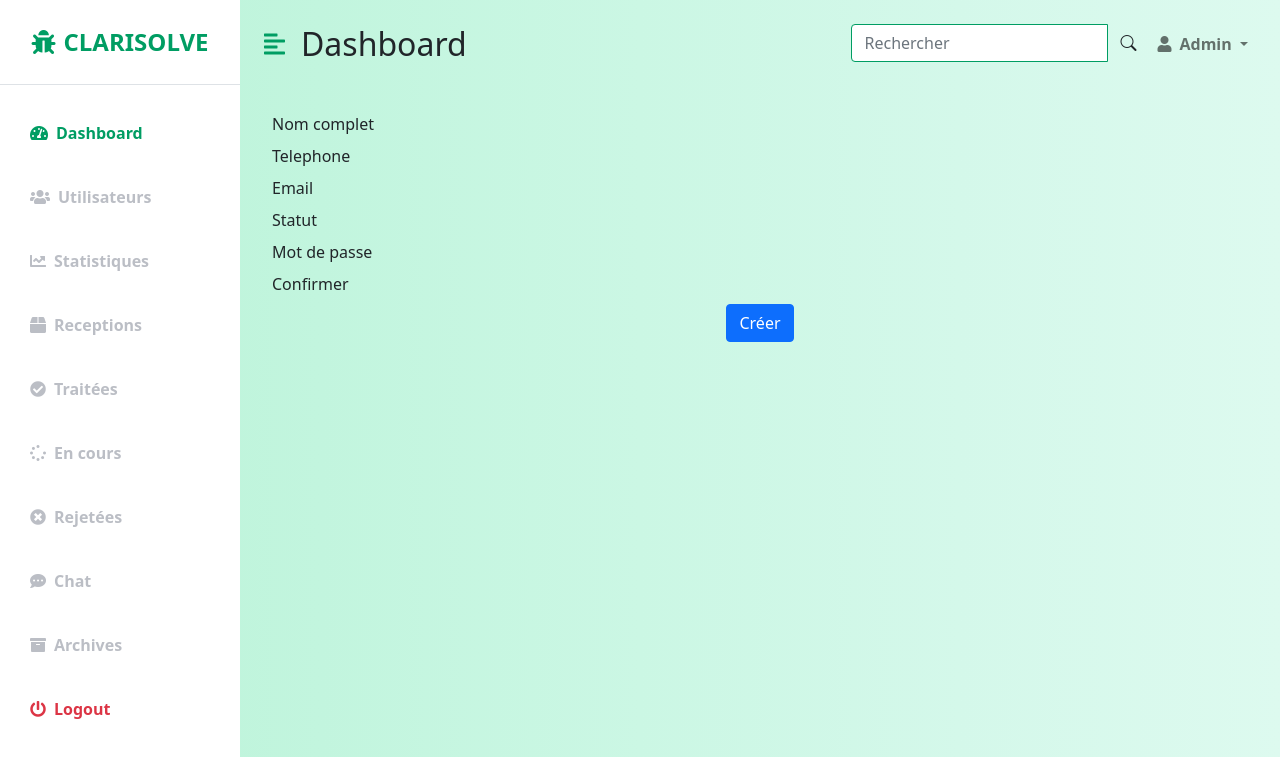
Repository: Senare1/PlaintEasy
Page: accounts/templates/accounts/signup_user.html
An editor plug-in stored every save of this project. The page is shown before and after the next save, followed by the edit.
The browser window is 1280 px wide. The pictures show the whole page.
The template is drawn by Django 4.2. The application's start-up code is not run. The template is opened directly, without the code that normally fills it, so the values that code supplies are empty.

Above is the page before, as saved 2024-07-31 05:29:26.

After the next save:
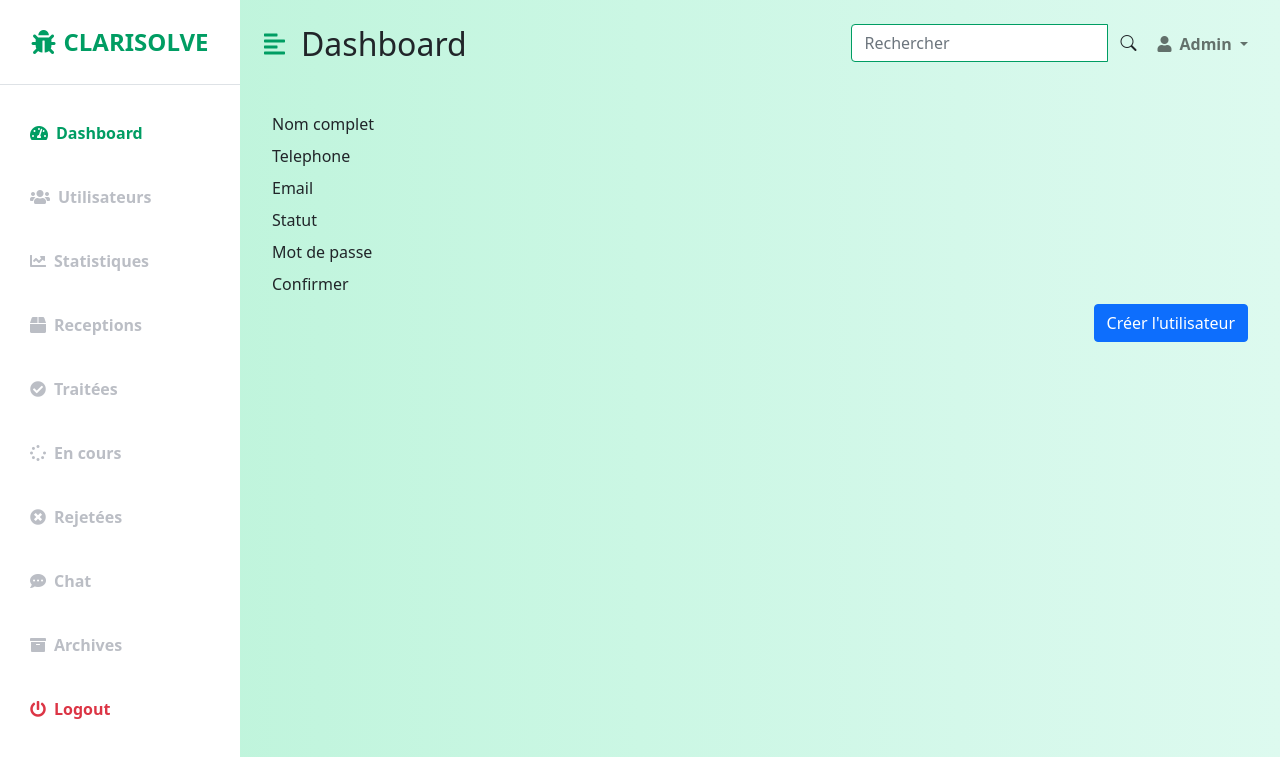
Saved 59 s later.
--- a/accounts/templates/accounts/signup_user.html
+++ b/accounts/templates/accounts/signup_user.html
@@ -57,9 +57,9 @@
                     {{ form.password2 }}
                 </div>
             </div>
-            <div class="row align-items-end justify-content-center">
+            <div class="row align-items-end justify-content-end">
                 <div class="col-auto">
-                    <button type="submit" class="btn btn-primary">Créer</button>
+                    <button type="submit" class="btn btn-primary">Créer l'utilisateur</button>
                 </div>
             </div>
         </div>
